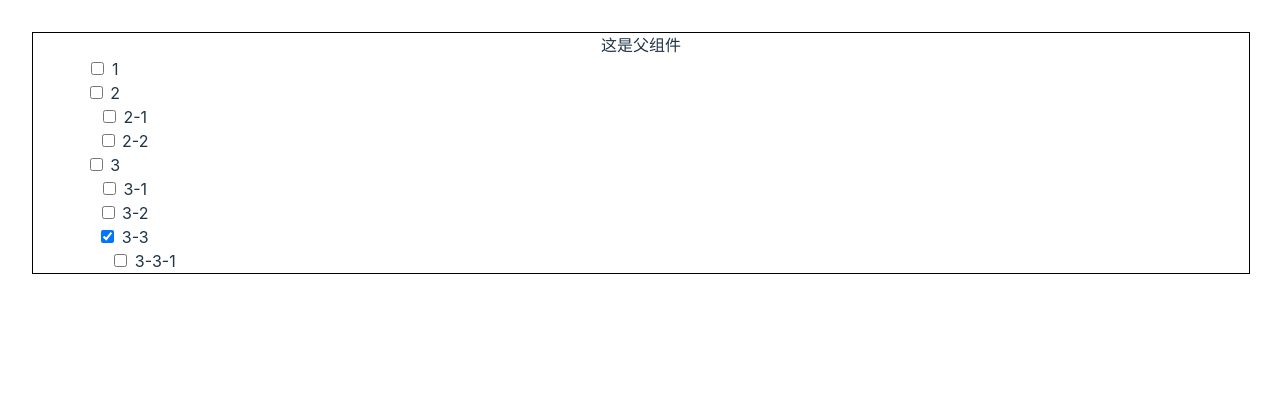
Repository: LeeypOR/management-system
Page: /
An editor plug-in stored every save of this project. The page is shown before and after the next save, followed by the edit.
The browser window is 1280 px wide. The pictures show the whole page.
The project was rebuilt for these pictures with package versions that can differ from the ones it lists, and the page was loaded fresh each time. Also part of the build but not shown: vite.config.ts.

Above is the page before, as saved 2023-02-23 18:38:16.
Console error: SyntaxError: Cannot use import statement outside a module

After the next save:
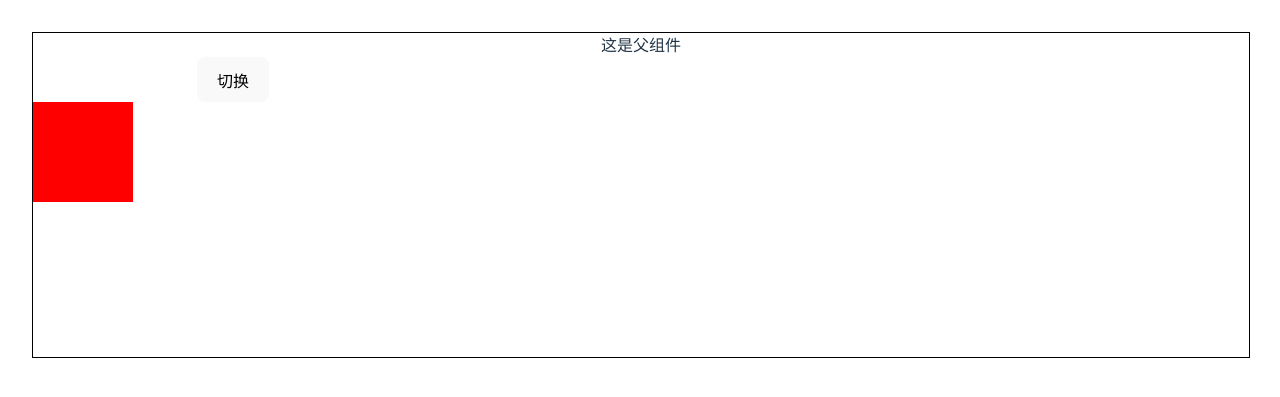
Saved 3 min 9 s later.
--- a/src/pages/index.vue
+++ b/src/pages/index.vue
@@ -7,7 +7,12 @@
 
     </Teleport> -->
     <div>
-      <Children1 :data="data"></Children1>
+      <!-- <Children1 :data="data"></Children1> -->
+    </div>
+
+    <div class="content">
+      <button @click="flag = !flag">切换</button>
+      <div class="box" v-if="flag"></div>
     </div>
   </div>
 </template>
@@ -15,14 +20,14 @@
 
 <script setup lang="ts">
 import Children1 from '../components/Children1.vue'
-import {reactive} from 'vue'
+import {reactive,ref} from 'vue'
 
 interface Tree {
   name:string,
   checked:boolean,
   children?:Tree[]
 }
-
+let flag = ref(true)
 const data = reactive<Tree[]>([
   {
     name:'1',
@@ -75,4 +80,13 @@ const data = reactive<Tree[]>([
     width: 100%;
     height: 100%;
   }
+  .content{
+    width: 400px;
+    height: 300px;
+  }
+  .box{
+    width: 100px;
+    height: 100px;
+    background: red;
+  }
 </style>
